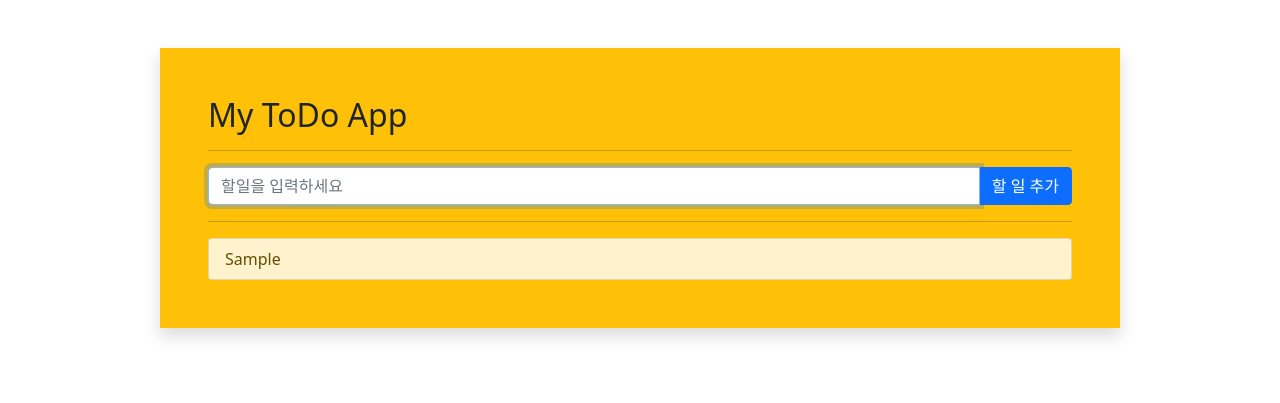
Repository: kiyongee2/kh-jsp
Page: http://localhost/jwbook/ch03/todolist.jsp
An editor plug-in stored every save of this project. The page is shown before and after the next save, followed by the edit.
The browser window is 1280 px wide. The pictures show the whole page.
Empty fields were first filled with sample values (such as "Sample", 5 or name@example.com).
After loading, the first visible `button.btn` was clicked once.
The page is served by Tomcat 9.

Above is the page before, as saved 2023-11-18 09:35:56.

After the next save:
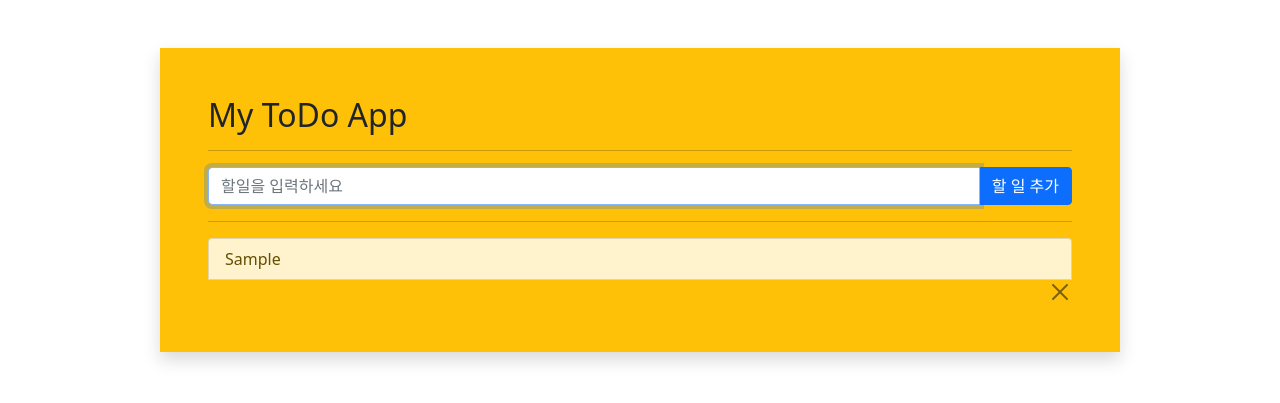
Saved 2 min 4 s later.
--- a/jwbook/src/main/webapp/ch03/todolist.jsp
+++ b/jwbook/src/main/webapp/ch03/todolist.jsp
@@ -33,7 +33,10 @@
 			xbtn.className = "btn-close ms-auto";
 
 			listitem.innerText = todo.value;
+			//ul에 li 붙이기
 			list.appendChild(listitem);
+			//ul에 button 붙이기
+			list.appendChild(xbtn);
 
 			//입력칸 비우기 및 포커스 이동
 			todo.value = "";
